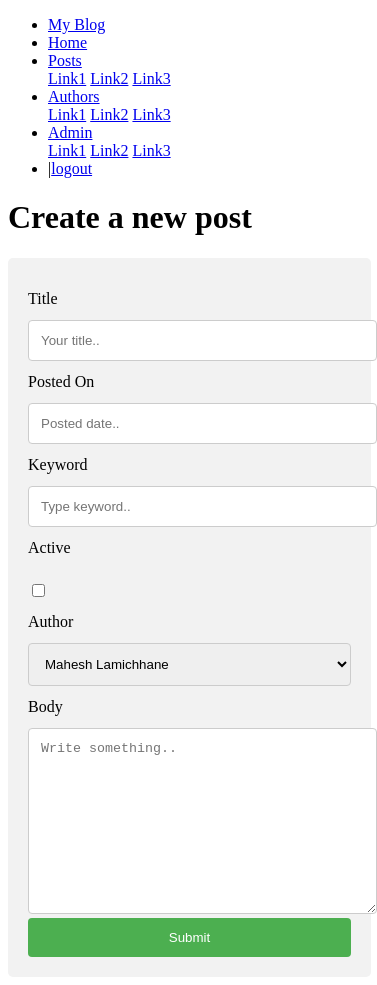
Repository: Software284/servlet-jsp-project
Page: http://localhost/Crud_WIth_Spring_Mvc_and_Hibernate_with_xml/WEB-INF/view/add.jsp
An editor plug-in stored every save of this project. The page is shown before and after the next save, followed by the edit.
The browser window is 375 px wide. The page is 377 px wide, then 375 px, so the pictures cover 377 px, including what lies to the right of the window. The pictures show the whole page.
The page is served by Tomcat 9. Nobody is signed in. The template is opened directly, without the code that normally fills it, so the values that code supplies are empty.

Above is the page before, as saved 2020-06-13 20:27:18.

After the next save:
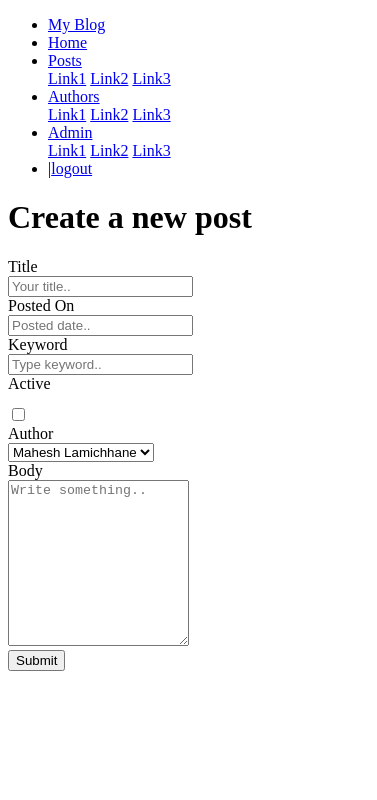
Saved 4 s later.
--- a/Crud WIth Spring Mvc and Hibernate with xml/WebContent/WEB-INF/view/add.jsp
+++ b/Crud WIth Spring Mvc and Hibernate with xml/WebContent/WEB-INF/view/add.jsp
@@ -10,67 +10,7 @@
   <meta name="viewport" content="width=device-width, initial-scale=1">
   <style type="text/css">
 
-input[type=text], select, textarea {
-  width: 100%;
-  padding: 12px;
-  border: 1px solid #ccc;
-  border-radius: 4px;
-  resize: vertical;
-}
 
-label {
-  padding: 12px 12px 12px 0;
-  display: inline-block;
-}
-
-input[type=submit] {
-  background-color: #4CAF50;
-  color: white;
-  padding: 12px 20px;
-  border: none;
-  border-radius: 4px;
-  cursor: pointer;
-  float: right;
-  margin-top: 10px;
-}
-
-input[type=submit]:hover {
-  background-color: #45a049;
-}
-
-.container {
-  border-radius: 5px;
-  background-color: #f2f2f2;
-  padding: 20px;
-  width:90%;
-}
-
-.col-25 {
-  float: left;
-  width: 25%;
-  margin-top: 6px;
-}
-
-.col-75 {
-  float: left;
-  width: 75%;
-  margin-top: 6px;
-}
-
-/* Clear floats after the columns */
-.row:after {
-  content: "";
-  display: table;
-  clear: both;
-}
-
-/* Responsive layout - when the screen is less than 600px wide, make the two columns stack on top of each other instead of next to each other */
-@media screen and (max-width: 600px) {
-  .col-25, .col-75, input[type=submit] {
-    width: 100%;
-    margin-top: 0;
-  }
-}
 
 
 
